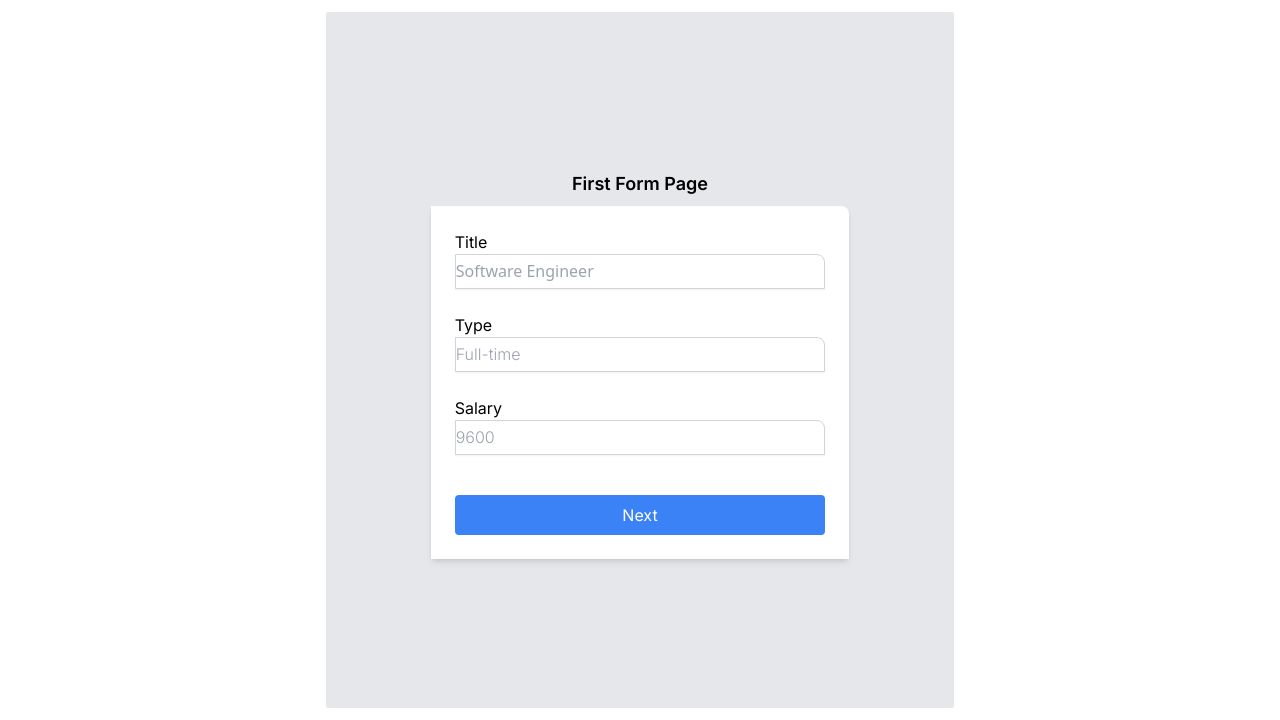
Repository: Abdibaye/Job-Sphere
Page: /form
The author's editor kept a copy of each file at every save. The page is drawn from the files as they stood at one save, then again after the next save.
The browser window is 1280 px wide. The pictures show the whole page.
The project was rebuilt for these pictures with package versions that can differ from the ones it lists, and the page was loaded fresh each time. Also part of the build but not shown: vite.config.js, src/components/search.jsx, src/components/navbar.jsx, src/pages/descriptionpage.jsx, src/components/job.jsx, src/components/feed.jsx, src/components/saved.jsx, src/components/filter.jsx and 4 more.

Above is the page before, as saved 2025-02-23 01:33:26.

After the next save:
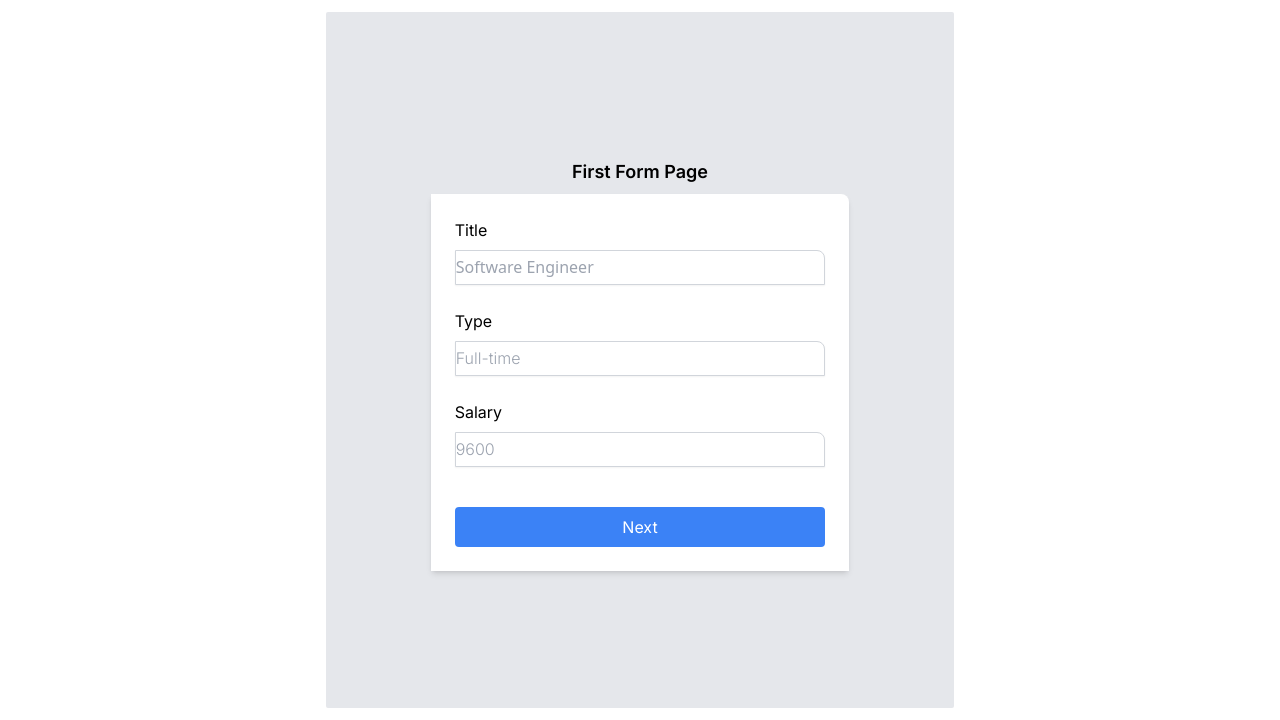
Saved 101 s later.
--- a/src/components/form.jsx
+++ b/src/components/form.jsx
@@ -25,7 +25,7 @@ function Form() {
           className="bg-white w-2/3 h-fit flex flex-col justify-center p-6 rounded-tr-lg shadow-md"
         >
 
-          <label >Title</label>
+          <label className="mb-2">Title</label>
           <input
             name="title"
             value={values.title}
@@ -39,7 +39,7 @@ function Form() {
           <br />
 
 
-          <label >Type</label>
+          <label className="mb-2">Type</label>
           <input
             name="type"
             value={values.type}
@@ -53,7 +53,7 @@ function Form() {
           <br />
 
 
-          <label>Salary</label>
+          <label className="mb-2">Salary</label>
           <input
             name="salary"
             value={values.salary}
